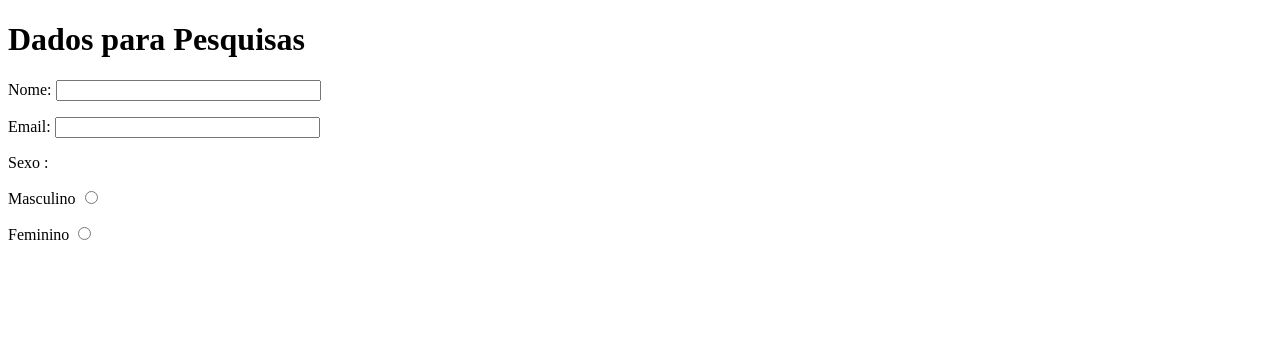
Repository: Marcelinalima/Java_JSP
Page: projeto_pesquisa/src/main/webapp/inserirPesquisa.html
The author's editor kept a copy of each file at every save. The page is drawn from the files as they stood at one save, then again after the next save.
The browser window is 1280 px wide. The pictures show the whole page.

Above is the page before, as saved 2023-04-12 19:24:21.

### projeto_pesquisa/src/main/webapp/inserirPesquisa.html
<!DOCTYPE html>
<html>
<head>
<meta charset="UTF-8">
<title>Dados de Pesquisa</title>
</head>
<body>

   <h1> Dados para Pesquisas</h1>

  <form action=" /projeto_pesquisa/PesquisaInclusãoServlet" method="post">
     <p>Nome: <input type="text" name="p_nome" size="30"></p>
     <p>Email: <input type="email" name="p_email" size="30"></p>


     <p> Sexo : </p>
     <p>Masculino  <input type="radio" name="p_sexo" value="masculino"></p>
     <p>Feminino  <input type="radio" name="p_sexo" value="feminino"></p>

   </form>

</body>
</html>

After the next save:
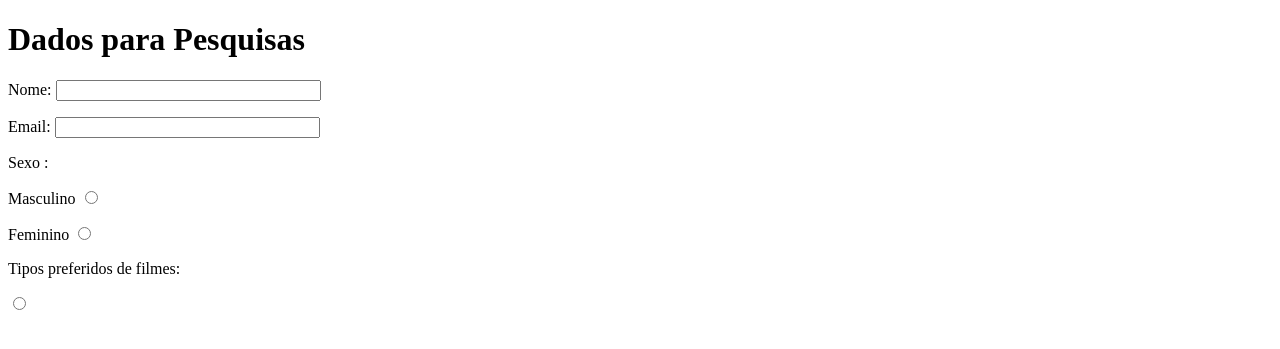
Saved 2 min 5 s later.
--- a/projeto_pesquisa/src/main/webapp/inserirPesquisa.html
+++ b/projeto_pesquisa/src/main/webapp/inserirPesquisa.html
@@ -17,6 +17,9 @@
      <p>Masculino  <input type="radio" name="p_sexo" value="masculino"></p>
      <p>Feminino  <input type="radio" name="p_sexo" value="feminino"></p>
 
+     <p> Tipos preferidos de filmes: </p>
+     <p> <input type="radio" name="p_sexo" value="feminino"></p>
+
    </form>
 
 </body>
